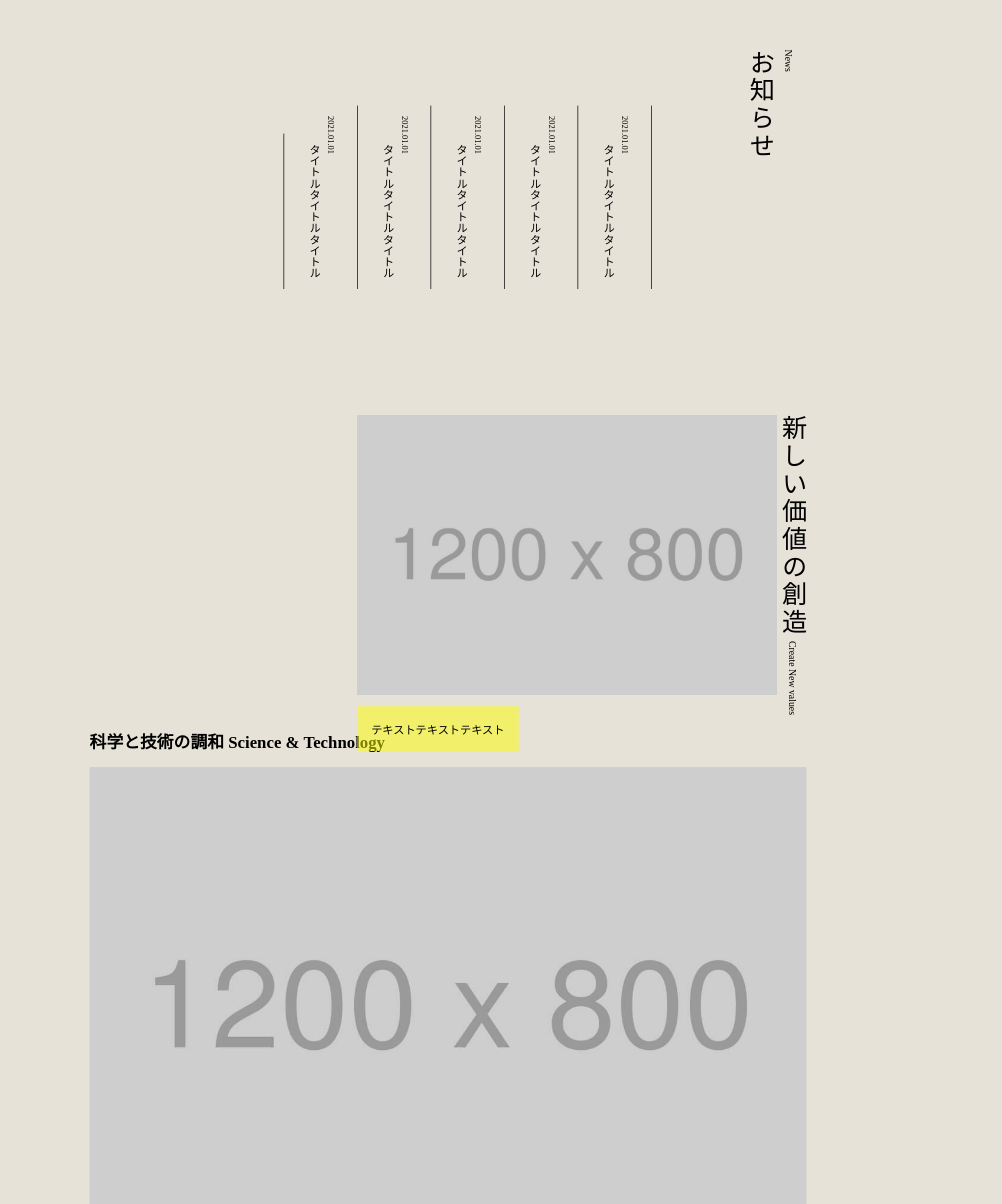
Repository: Fuki-san/wagashi
Page: http://localhost/wagashi
The author's editor kept a copy of each file at every save. The page is drawn from the files as they stood at one save, then again after the next save.
The browser window is 1280 px wide. The page is 1432 px wide, so the pictures cover 1432 px, including what lies to the right of the window. The pictures show the part of the page from y = 957 to 2677 px (the page is 3636 px tall), at 70% of full size.
The page is served by the project's Laravel application, run on PHP 8.4 with Laravel 10.

Above is the page before, as saved 2023-12-09 16:26:06.

After the next save:
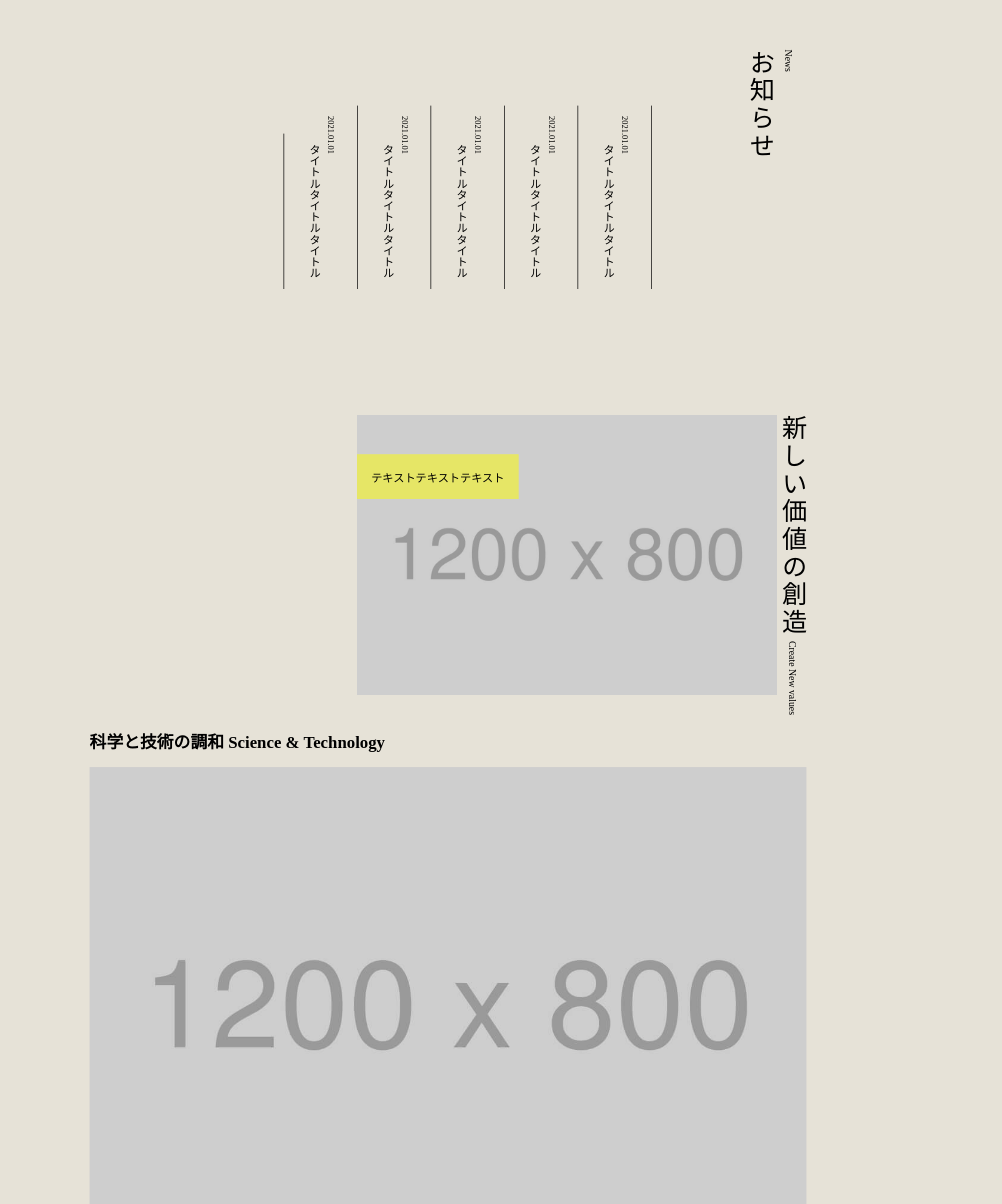
Saved 6 s later.
--- a/public/css/style.css
+++ b/public/css/style.css
@@ -152,5 +152,5 @@ li{
     background-color: rgba(255, 255, 0, 0.5);
     padding: 20px;
     position: absolute;
-    top: ;
+    top: 40px;
 }
